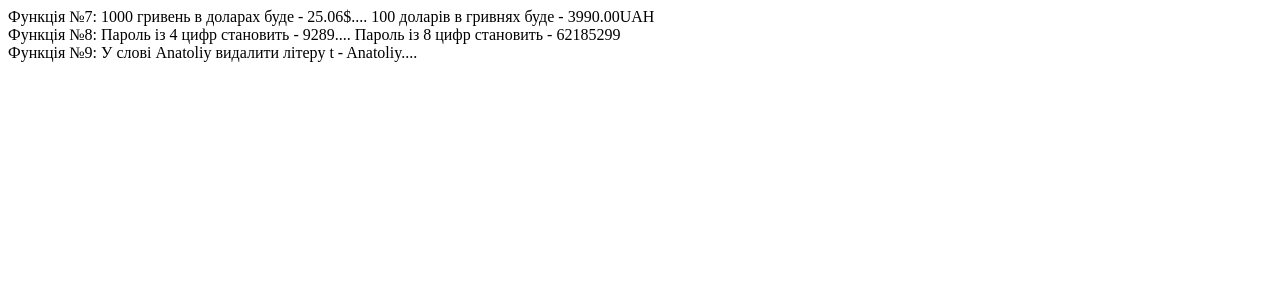
Repository: batonAnton/cursor_js_hw_3
Page: index.html
These files come from the project's save history. The page is drawn as it stood at one moment and after the next save; the edit follows.
The browser window is 1280 px wide. The pictures show the whole page.

Above is the page before, as saved 2022-08-31 13:54:01.

After the next save:
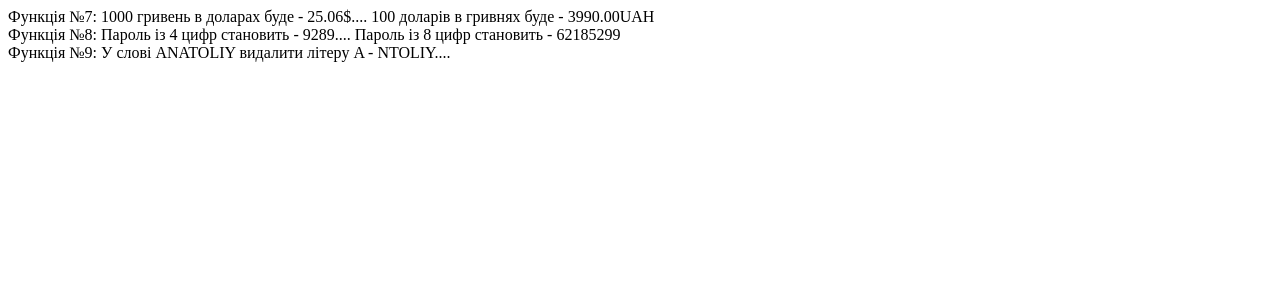
Saved 10 min 42 s later.
--- a/js/index.js
+++ b/js/index.js
@@ -133,12 +133,11 @@ document.writeln(`100 доларів в гривнях  буде - ${convertCurr
 function deleteLetters(removeLetter, exampleWord) {
   let result = '';
   for (let i = 0; i < exampleWord.length; i++) {
-    exampleWord[i] == removeLetter ;
-    result += exampleWord[i];
+    exampleWord[i] == removeLetter ? result:( result += exampleWord[i]);
   }
   return result;
 }
 
-const removeLetter = "t";
-const exampleWord = "Anatoliy";
+const removeLetter = "A";
+const exampleWord = "ANATOLIY";
 document.writeln(`<br> Функція №9: У слові ${ exampleWord} видалити літеру ${ removeLetter} - ${deleteLetters(removeLetter, exampleWord)}....`);
